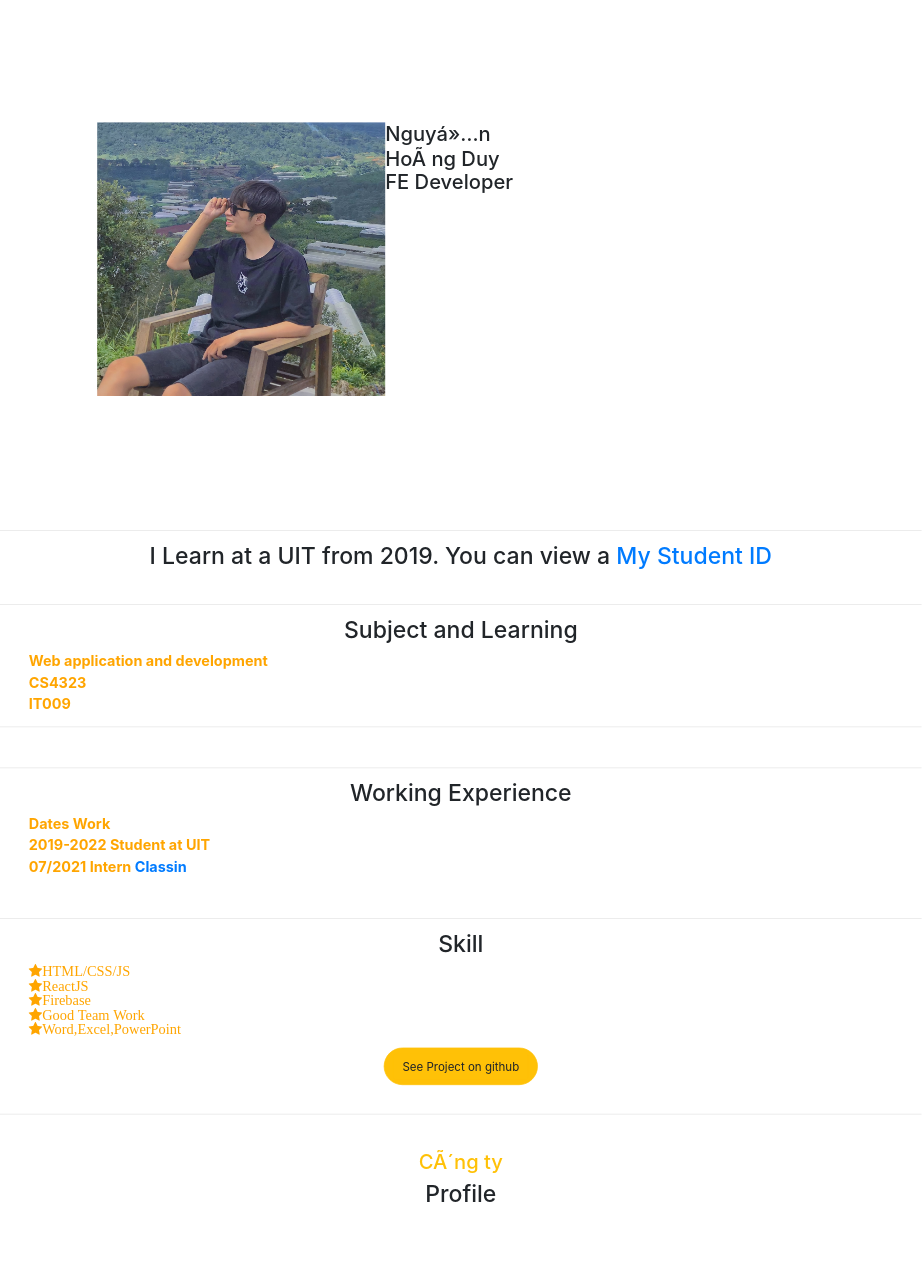
Repository: HoangDuy315/HW_TVK
Page: cv.html
The author's editor kept a copy of each file at every save. The page is drawn from the files as they stood at one save, then again after the next save.
The browser window is 1280 px wide. The pictures show the whole page, at 72% of full size.

Above is the page before, as saved 2022-09-25 17:59:43.

### cv.html
<html>
    <head>
        <title>GnahYuD</title>
        <link rel="SHORTCUT ICON" href="images/cormen-tiny.jpg">
        <script charset="utf-8" src="https://platform.twitter.com/js/button.c6c95b9789db97ea1e9742d215fff751.js"></script>
        <link rel="stylesheet" href="cv.css">
        <link rel="stylesheet" href="https://cdnjs.cloudflare.com/ajax/libs/font-awesome/4.7.0/css/font-awesome.min.css">
        <link rel="stylesheet" href="https://cdn.jsdelivr.net/npm/bootstrap@4.6.2/dist/css/bootstrap.min.css" integrity="sha384-xOolHFLEh07PJGoPkLv1IbcEPTNtaed2xpHsD9ESMhqIYd0nLMwNLD69Npy4HI+N" crossorigin="anonymous">
    </head>
    <body text="#000068" link="#060FDF" vlink="#060FDF" alink="#DC24C5">
    <div class="bdy">
        <div class="container">
            <div class="top">
                <div class="imgbx">
                    <div class="box">
                        <img src="/123.JPG" class="duy" alt="">
                    </div>
                </div>
                <div class="profile">
                    <h3>Nguyễn <br>Hoàng Duy<br><span>FE Developer</span></h3>
                </div>
            </div>
        </div>
    </div>

    <hr >
        <h2 class="yud">I Learn at a UIT from 2019.  You can view a <a href="https://student.uit.edu.vn/">My Student ID</a></h2>
    </hr>
    <br>
    <hr>
        <h2 class="hi">Subject and Learning</h2>
        <ul class="fs">
            <li >Web application and development</li>
            <li >CS4323</li>
            <li >IT009</li>
        </ul>

    <hr>
    <br>
    <hr>
        <h2 class="yud">Working Experience</h2>
        <ul class="fs">
            <li>Dates Work</li>
            <li>2019-2022 Student at UIT</li>
            <li>07/2021 Intern  <a href="https://www.classin.com/">Classin</a></li>
        </ul>
    </hr>
    <br>
    <hr>
        <h2 class="yud">Skill</h2>
        <ul class="fs">
            <li class="fa fa-star checked">HTML/CSS/JS</li><br>
            <li class="fa fa-star checked">ReactJS</li><br>
            <li class="fa fa-star checked">Firebase</li><br>
            <li class="fa fa-star checked">Good Team Work</li><br>
            <li class="fa fa-star checked">Word,Excel,PowerPoint</li>
        </ul>
        <div class="text-center">
            <button type="button" class="btn btn-warning rounded-pill"><a class="btn btn-warning fw-bold  " href="https://github.com/HoangDuy315">See Project on github</a></button>
        </div>
    </hr>
    <br>
    <hr>
    <section id="about">
        <div class="container">
            <div class="row mb-5    ">
                <div class="col-12 text-center">
                    <h3 class="text-warning">Công ty</h3>
                    <h2 class="display-5 fw-bold">Profile</h2>
                </div>
            </div>
            <div class="row">


    </section>
    </script>

</body>
</html>

### cv.css
body {
    background: rgb(219, 224, 172);
}

.bdy {
    display: flex;
    justify-content: center;
    align-items: center;
    min-height: 100vh;
}

.container {
    position: relative;
    width: 100%;
    max-width: 1000px;
    background: #fff;
    margin: 50px;
    /* box-shadow: 0 50px 70px rgba(0, 0, 0, 0.1); */
    border-left: 50px solid #fff;
    border-right: 50px solid #fff;

}

.container .top {
    position: relative;
    display: grid;
    grid-template-columns: 1fr 2fr;
}

.container .top .imgbx {
    position: relative;
    width: 100%;
    display: flex;
    align-items: center;
}

.container .top .imgbx .box {
    position: relative;
    width: 70%;
    min-width: 200px;
    border-radius: 50%;

}

.duy {
    color: blue;
    height: 380px;
    width: 400px;
}

.checked {
    color: orange;
}

.yud {
    text-align: center;
}

.yud .li {
    text-align: center;
}

.hi {

    text-align: center;
}

.fs {
    font-size: 20px;
    list-style: none;
    font-family: "Roboto" sans-serif;
    font-weight: bold;
    color: orange;
}

.detail {
    padding: 5px;
}

.name {
    text-align: center;
}

After the next save:
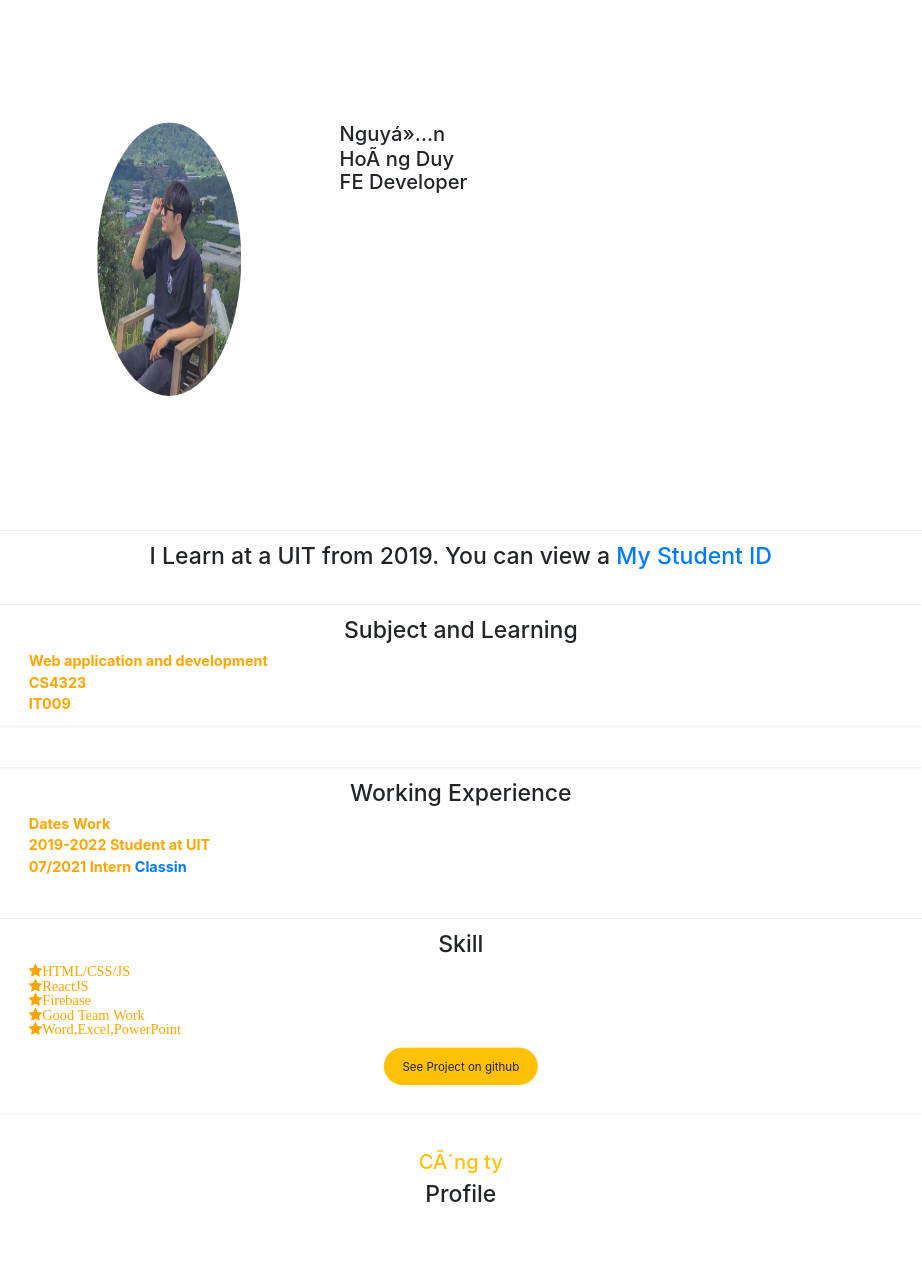
Saved 18 s later.
--- a/cv.css
+++ b/cv.css
@@ -46,6 +46,10 @@ body {
     color: blue;
     height: 380px;
     width: 400px;
+    position: relative;
+    width: 70%;
+    min-width: 200px;
+    border-radius: 50%;
 }
 
 .checked {
